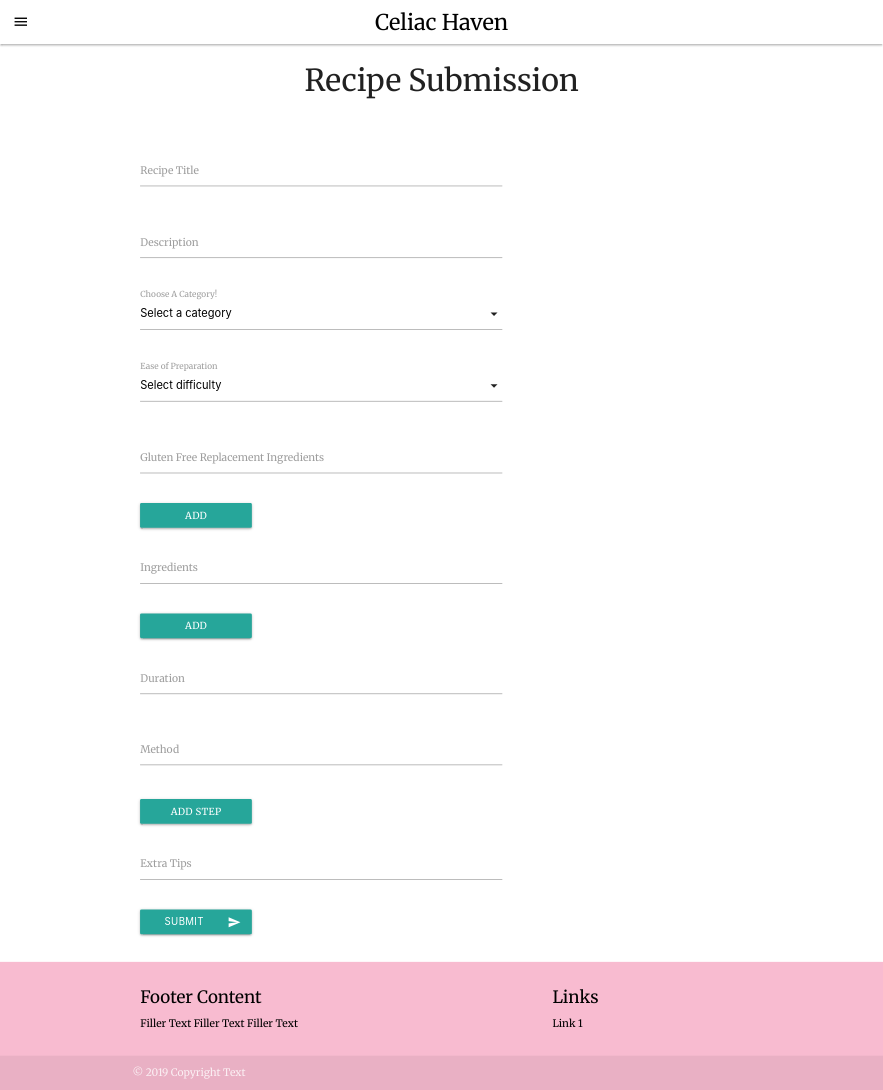
Repository: DanielJMaia/cookbook-project
Page: http://localhost/add_recipe
The author's editor kept a record of every edit. The page is drawn from the files as they stood at one moment, then again after the next edit.
The browser window is 1280 px wide. The pictures show the whole page, at 69% of full size.
Some web fonts or font styles are not loaded; a fallback is used. The page is served by the project's application, run on Flask 3 (app.py). Queries for data that is not in the repository find no rows.

Above is the page before.

After the next edit:
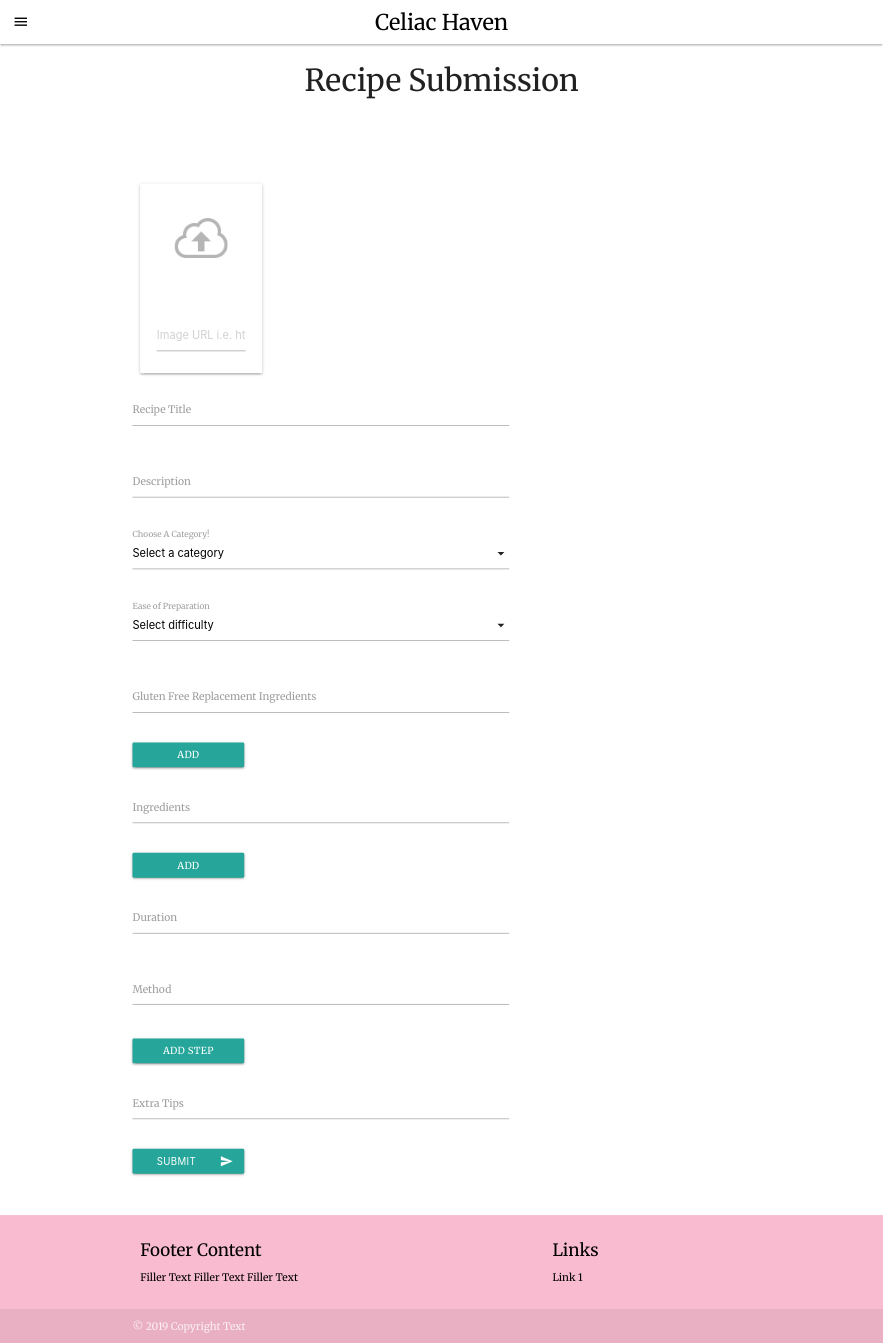
The edit:
--- a/templates/add_recipe.html
+++ b/templates/add_recipe.html
@@ -4,6 +4,18 @@
 <div class="container">
     <div class="row">
         <form action="{{url_for('insert_recipe')}}" method="POST" class="col s12 m8" autocomplete="off">
+
+             <div class="row">
+             <div class="col s12 m4 submit_image_spacing">
+            <div class="card">
+                <div class="card-image">
+                    <img src="/static/img/upload.jpg" class="image" id="upload_image">
+                </div>
+                <div class="card-content input-field">
+                    <input id="add_image" type="text" class="validate" name="url" placeholder="Image URL i.e. https://i.imgur.com/PuHbs0g.jpg" required>
+                </div>
+            </div>
+        </div>
             <div class="row">
                 <div class="input-field col s11">
                     <input id="recipe_title" type="text" class="validate" name="title" required>
